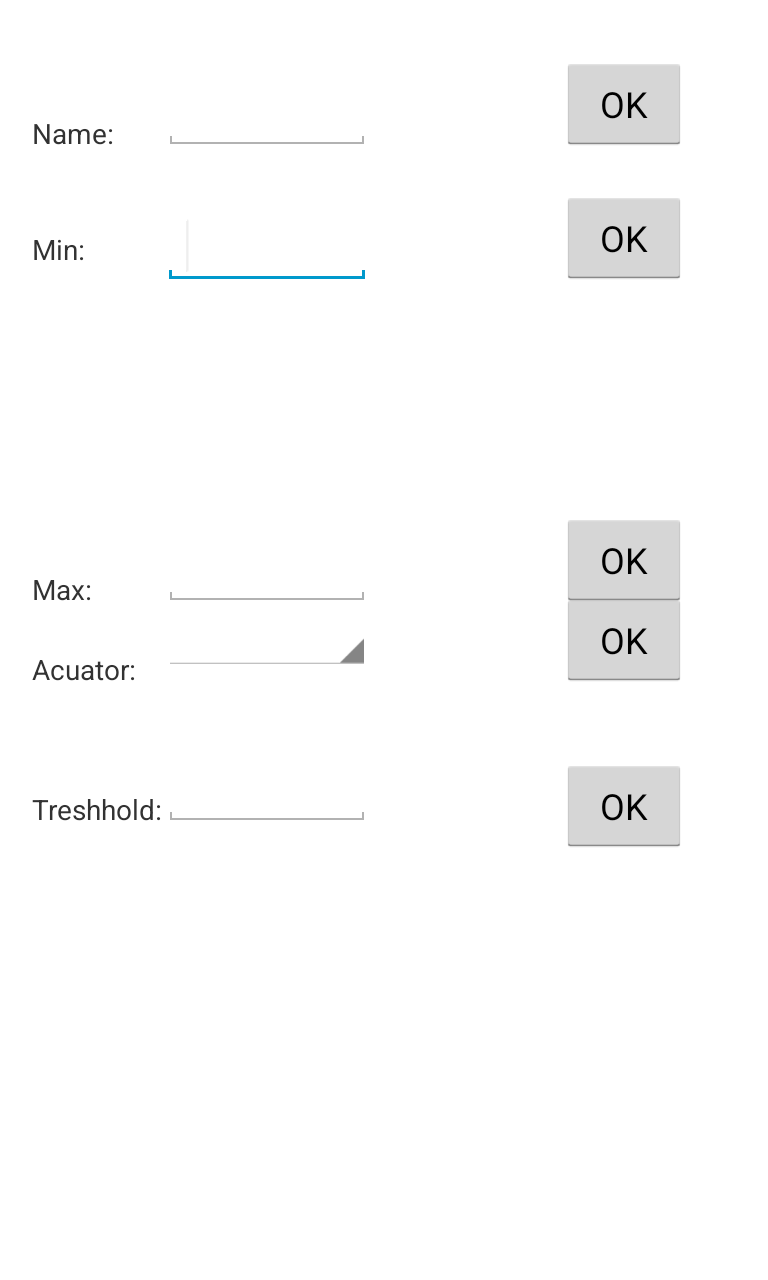
Repository: CTIS-SP-Team5/greenAgent
Layout: Android/GreenAgent/GreenAgent/res/layout/activity_view_setting.xml
An editor plug-in stored every save of this project. The layout is shown before and after the next save, followed by the edit.
It is drawn on a 768 x 1280 px phone screen (xhdpi) without system bars, with theme AppTheme; the app's code is not run.

Above is the layout before, as saved 2014-05-05 18:11:12.

### Android/GreenAgent/GreenAgent/res/layout/activity_view_setting.xml
<RelativeLayout xmlns:android="http://schemas.android.com/apk/res/android"
    xmlns:tools="http://schemas.android.com/tools"
    android:layout_width="match_parent"
    android:layout_height="match_parent"
    android:paddingBottom="@dimen/activity_vertical_margin"
    android:paddingLeft="@dimen/activity_horizontal_margin"
    android:paddingRight="@dimen/activity_horizontal_margin"
    android:paddingTop="@dimen/activity_vertical_margin"
    tools:context=".ViewSettingActivity" >

    <TextView
        android:id="@+id/textView1"
        android:layout_width="wrap_content"
        android:layout_height="wrap_content"
        android:layout_alignLeft="@+id/textView2"
        android:layout_below="@+id/textView2"
        android:layout_marginTop="39dp"
        android:text="Min:" />

    <TextView
        android:id="@+id/textView2"
        android:layout_width="wrap_content"
        android:layout_height="wrap_content"
        android:layout_alignParentTop="true"
        android:layout_marginTop="41dp"
        android:text="Name:" />

    <EditText
        android:id="@+id/editText1"
        android:layout_width="wrap_content"
        android:layout_height="wrap_content"
        android:layout_alignBottom="@+id/textView2"
        android:layout_toRightOf="@+id/textView5"
        android:ems="5" />

    <EditText
        android:id="@+id/editText2"
        android:layout_width="wrap_content"
        android:layout_height="wrap_content"
        android:layout_alignBaseline="@+id/textView1"
        android:layout_alignBottom="@+id/textView1"
        android:layout_alignLeft="@+id/editText1"
        android:ems="5" >

        <requestFocus />
    </EditText>

    <Spinner
        android:id="@+id/spinner1"
        android:layout_width="wrap_content"
        android:layout_height="wrap_content"
        android:layout_alignLeft="@+id/editText5"
        android:layout_alignRight="@+id/editText5"
        android:layout_centerVertical="true" />

    <Button
        android:id="@+id/button2"
        android:layout_width="wrap_content"
        android:layout_height="wrap_content"
        android:layout_alignBottom="@+id/editText2"
        android:layout_alignLeft="@+id/button1"
        android:text="OK" />

    <Button
        android:id="@+id/button1"
        android:layout_width="wrap_content"
        android:layout_height="wrap_content"
        android:layout_alignBottom="@+id/editText1"
        android:layout_alignParentRight="true"
        android:layout_marginRight="24dp"
        android:text="OK" />

    <Button
        android:id="@+id/button5"
        android:layout_width="wrap_content"
        android:layout_height="wrap_content"
        android:layout_alignBaseline="@+id/textView5"
        android:layout_alignBottom="@+id/textView5"
        android:layout_alignLeft="@+id/button4"
        android:text="OK" />

    <Button
        android:id="@+id/button4"
        android:layout_width="wrap_content"
        android:layout_height="wrap_content"
        android:layout_alignLeft="@+id/button3"
        android:layout_centerVertical="true"
        android:text="OK" />

    <EditText
        android:id="@+id/editText5"
        android:layout_width="wrap_content"
        android:layout_height="wrap_content"
        android:layout_alignBottom="@+id/textView5"
        android:layout_alignLeft="@+id/editText3"
        android:ems="5" />

    <TextView
        android:id="@+id/textView4"
        android:layout_width="wrap_content"
        android:layout_height="wrap_content"
        android:layout_alignBottom="@+id/button4"
        android:layout_alignLeft="@+id/textView3"
        android:text="Acuator:" />

    <TextView
        android:id="@+id/textView3"
        android:layout_width="wrap_content"
        android:layout_height="wrap_content"
        android:layout_alignBottom="@+id/button3"
        android:layout_alignLeft="@+id/textView1"
        android:text="Max:" />

    <Button
        android:id="@+id/button3"
        android:layout_width="wrap_content"
        android:layout_height="wrap_content"
        android:layout_above="@+id/spinner1"
        android:layout_alignLeft="@+id/button2"
        android:text="OK" />

    <EditText
        android:id="@+id/editText3"
        android:layout_width="wrap_content"
        android:layout_height="wrap_content"
        android:layout_alignBottom="@+id/button3"
        android:layout_alignLeft="@+id/editText2"
        android:ems="5" />

    <TextView
        android:id="@+id/textView5"
        android:layout_width="wrap_content"
        android:layout_height="wrap_content"
        android:layout_alignLeft="@+id/textView4"
        android:layout_below="@+id/spinner1"
        android:layout_marginTop="59dp"
        android:text="Treshhold:" />

</RelativeLayout>

Loaded but not shown: Android/GreenAgent/GreenAgent/res/values/styles.xml (common file); Android/GreenAgent/GreenAgent/res/values-v11/styles.xml (common file); Android/GreenAgent/GreenAgent/res/values-v14/styles.xml (common file); Android/GreenAgent/GreenAgent/res/values/dimens.xml (common file)

After the next save:
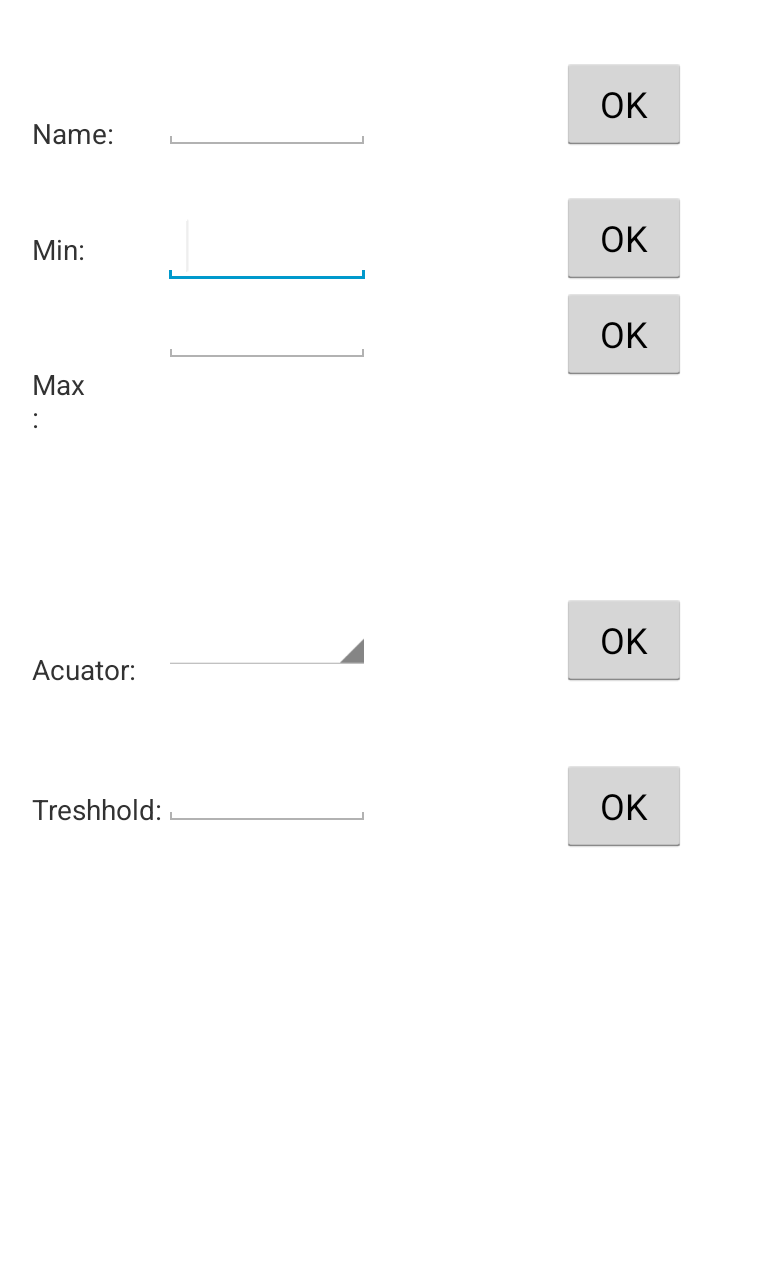
Saved 52 s later.
--- a/Android/GreenAgent/GreenAgent/res/layout/activity_view_setting.xml
+++ b/Android/GreenAgent/GreenAgent/res/layout/activity_view_setting.xml
@@ -104,30 +104,6 @@
         android:text="Acuator:" />
 
     <TextView
-        android:id="@+id/textView3"
-        android:layout_width="wrap_content"
-        android:layout_height="wrap_content"
-        android:layout_alignBottom="@+id/button3"
-        android:layout_alignLeft="@+id/textView1"
-        android:text="Max:" />
-
-    <Button
-        android:id="@+id/button3"
-        android:layout_width="wrap_content"
-        android:layout_height="wrap_content"
-        android:layout_above="@+id/spinner1"
-        android:layout_alignLeft="@+id/button2"
-        android:text="OK" />
-
-    <EditText
-        android:id="@+id/editText3"
-        android:layout_width="wrap_content"
-        android:layout_height="wrap_content"
-        android:layout_alignBottom="@+id/button3"
-        android:layout_alignLeft="@+id/editText2"
-        android:ems="5" />
-
-    <TextView
         android:id="@+id/textView5"
         android:layout_width="wrap_content"
         android:layout_height="wrap_content"
@@ -136,4 +112,28 @@
         android:layout_marginTop="59dp"
         android:text="Treshhold:" />
 
+    <EditText
+        android:id="@+id/editText3"
+        android:layout_width="wrap_content"
+        android:layout_height="wrap_content"
+        android:layout_alignLeft="@+id/editText2"
+        android:layout_below="@+id/editText2"
+        android:ems="5" />
+
+    <Button
+        android:id="@+id/button3"
+        android:layout_width="wrap_content"
+        android:layout_height="wrap_content"
+        android:layout_alignLeft="@+id/button2"
+        android:layout_below="@+id/button2"
+        android:text="OK" />
+
+    <TextView
+        android:id="@+id/textView3"
+        android:layout_width="wrap_content"
+        android:layout_height="wrap_content"
+        android:layout_alignRight="@+id/textView1"
+        android:layout_below="@+id/editText3"
+        android:text="Max:" />
+
 </RelativeLayout>
